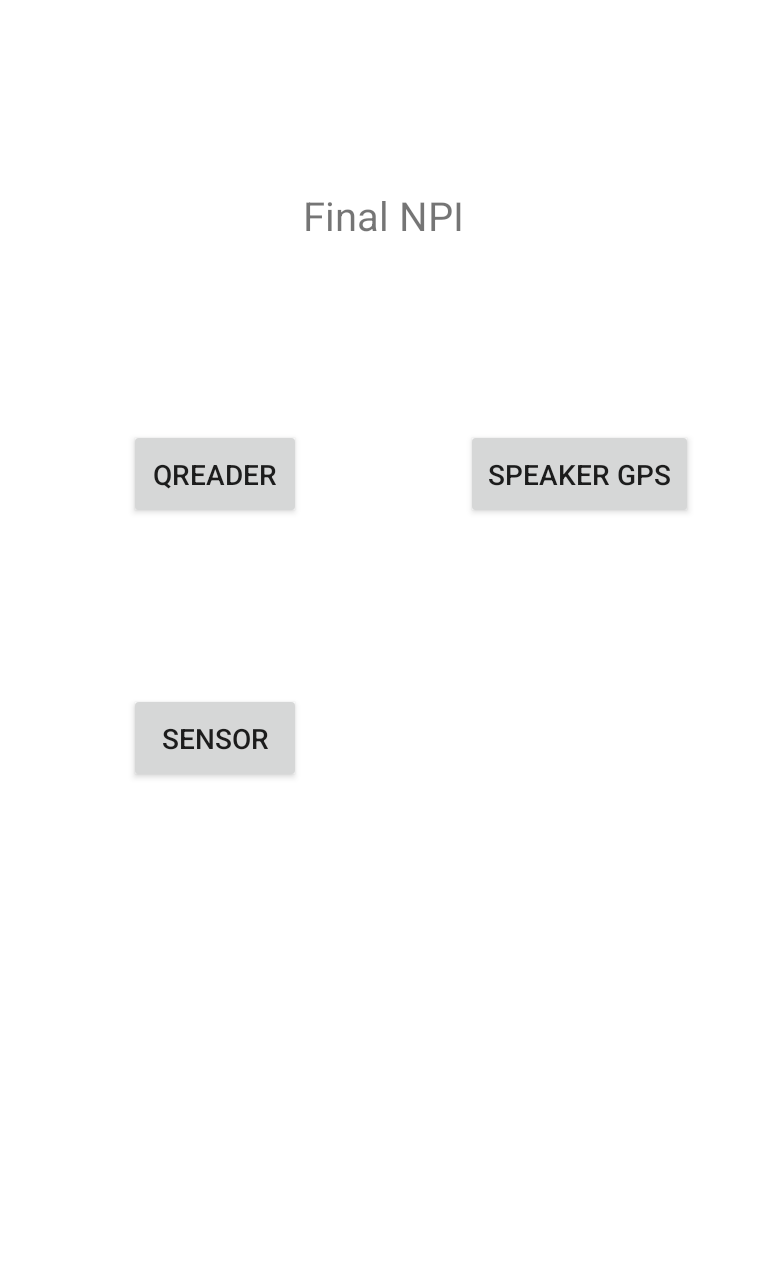
Repository: ADoncel/Android-NPI
Layout: ProyectAndroid/AndroidMetaio/res/layout/activity_main.xml
The author's editor kept a copy of each file at every save. The layout is drawn from the files as they stood at one save, then again after the next save.
It is drawn on a 768 x 1280 px phone screen (xhdpi) without system bars, with theme AppTheme; the app's code is not run.

Above is the layout before, as saved 2015-01-21 00:19:35.

After the next save:
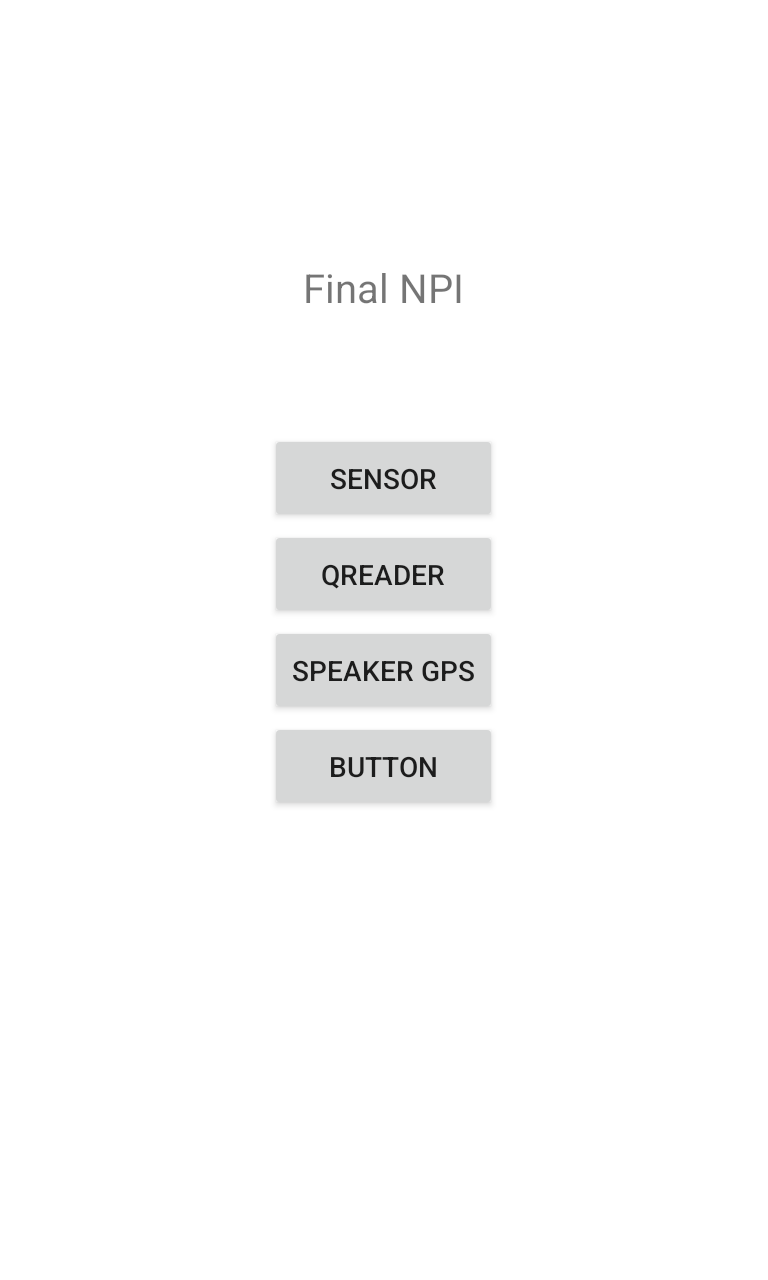
Saved 5 min 9 s later.
--- a/ProyectAndroid/AndroidMetaio/res/layout/activity_main.xml
+++ b/ProyectAndroid/AndroidMetaio/res/layout/activity_main.xml
@@ -2,12 +2,12 @@
     xmlns:tools="http://schemas.android.com/tools"
     android:layout_width="fill_parent"
     android:layout_height="fill_parent"
+    android:background="#FFF"
     android:paddingBottom="@dimen/activity_vertical_margin"
     android:paddingLeft="@dimen/activity_horizontal_margin"
     android:paddingRight="@dimen/activity_horizontal_margin"
     android:paddingTop="@dimen/activity_vertical_margin"
-    tools:context="com.meatio.androidmetaio.MainActivity"
-    android:background="#FFF">
+    tools:context="com.meatio.androidmetaio.MainActivity" >
 
     <TextView
         android:id="@+id/main_text"
@@ -15,35 +15,44 @@
         android:layout_height="wrap_content"
         android:layout_alignParentTop="true"
         android:layout_centerHorizontal="true"
-        android:layout_marginTop="78dp"
+        android:layout_marginTop="114dp"
         android:text="@string/title_app"
         android:textSize="20sp" />
+
+    <Button
+        android:id="@+id/qrreader_button"
+        android:layout_width="wrap_content"
+        android:layout_height="wrap_content"
+        android:layout_alignLeft="@+id/speakGPS_button"
+        android:layout_alignRight="@+id/speakGPS_button"
+        android:layout_below="@+id/sensor_button"
+        android:text="@string/qr_button" />
 
     <Button
         android:id="@+id/speakGPS_button"
         android:layout_width="wrap_content"
         android:layout_height="wrap_content"
-        android:layout_below="@+id/main_text"
-        android:layout_marginTop="92dp"
-        android:layout_toRightOf="@+id/main_text"
+        android:layout_below="@+id/qrreader_button"
+        android:layout_centerHorizontal="true"
         android:text="@string/speak_button" />
 
     <Button
-        android:id="@+id/qrreader_button"
+        android:id="@+id/fotobrujula_button"
         android:layout_width="wrap_content"
         android:layout_height="wrap_content"
-        android:layout_alignBottom="@+id/speakGPS_button"
-        android:layout_alignTop="@+id/speakGPS_button"
-        android:layout_toLeftOf="@+id/main_text"
-        android:text="@string/qr_button" />
+        android:layout_alignLeft="@+id/speakGPS_button"
+        android:layout_alignRight="@+id/speakGPS_button"
+        android:layout_below="@+id/speakGPS_button"
+        android:text="Button" />
 
     <Button
         android:id="@+id/sensor_button"
         android:layout_width="wrap_content"
         android:layout_height="wrap_content"
-        android:layout_below="@+id/qrreader_button"
-        android:layout_marginTop="84dp"
-        android:layout_toLeftOf="@+id/main_text"
+        android:layout_alignLeft="@+id/qrreader_button"
+        android:layout_alignRight="@+id/qrreader_button"
+        android:layout_below="@+id/main_text"
+        android:layout_marginTop="58dp"
         android:text="@string/sensor_button" />
 
 </RelativeLayout>
